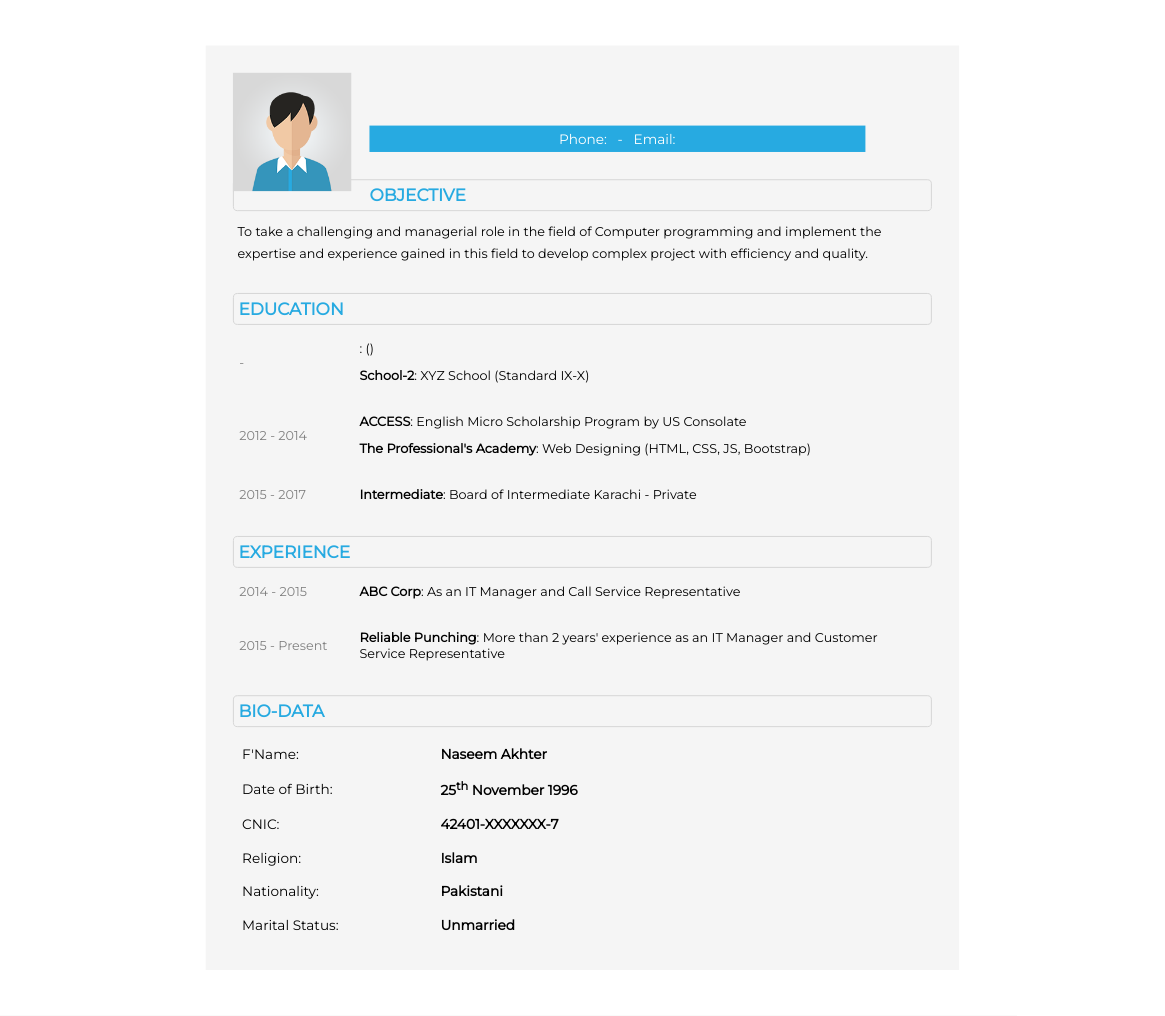
Repository: voductien94798/cv_project
Page: views/index.ejs
These files come from the project's save history. The page is drawn as it stood at one moment and after the next save; the edit follows.
The browser window is 1280 px wide. The pictures show the whole page, at 91% of full size.
The page is served by the project's Node server (app.js). The template is opened directly, without the code that normally fills it, so the values that code supplies are empty.

Above is the page before, as saved 2023-03-10 17:16:25.

After the next save:
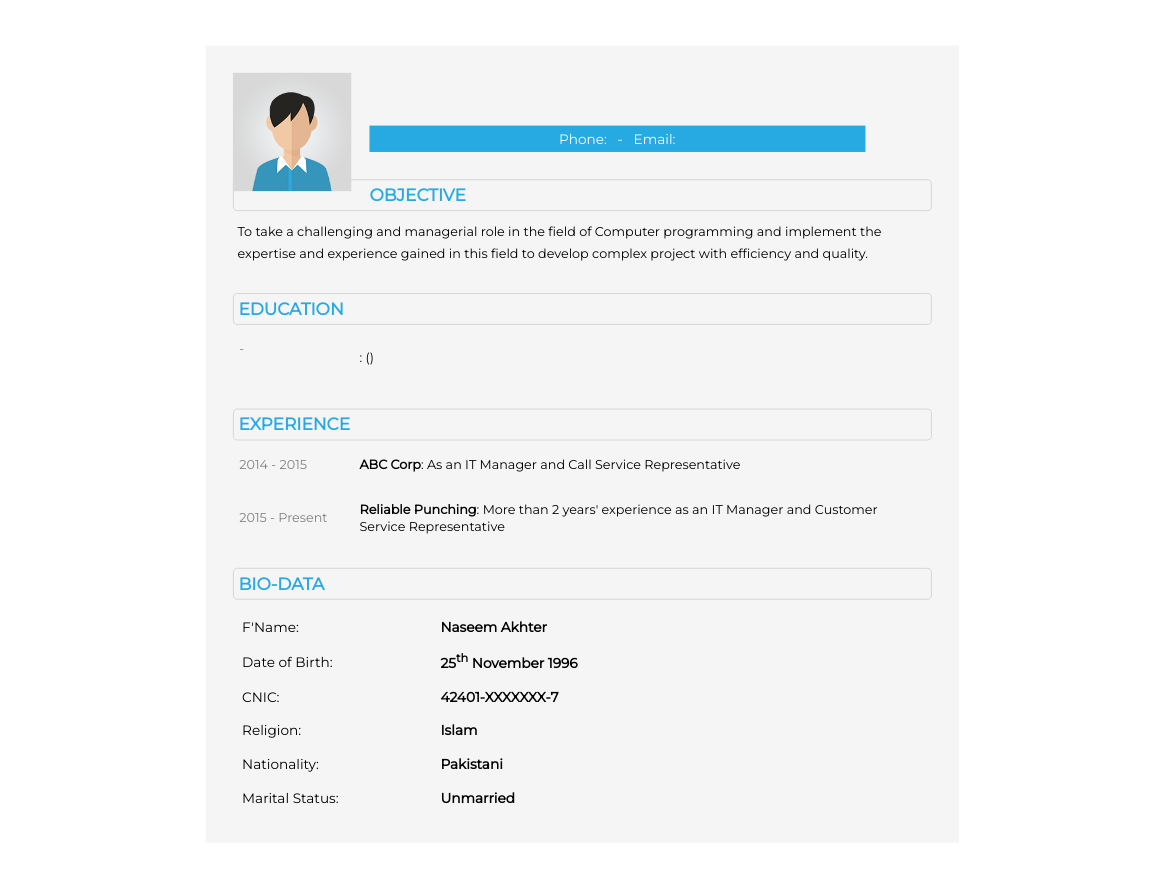
Saved 2 min 0 s later.
--- a/views/index.ejs
+++ b/views/index.ejs
@@ -36,29 +36,6 @@
           <tr class="school-1">
             <td rowspan="2"><%= edu.start %> - <%=edu.end %></td>
             <td><b><%= edu.school %></b>: <%edu.school %> (<%= edu.des %>)</td>
-          </tr>
-          <tr class="school-2">
-            <td><b>School-2</b>: XYZ School (Standard IX-X)</td>
-          </tr>
-
-          <tr class="school-1">
-            <td rowspan="2">2012 - 2014</td>
-            <td>
-              <b>ACCESS</b>: English Micro Scholarship Program by US Consolate
-            </td>
-          </tr>
-          <tr class="school-2">
-            <td>
-              <b>The Professional's Academy</b>: Web Designing (HTML, CSS, JS,
-              Bootstrap)
-            </td>
-          </tr>
-
-          <tr>
-            <td style="width: 120px; color: gray">2015 - 2017</td>
-            <td>
-              <b>Intermediate</b>: Board of Intermediate Karachi - Private
-            </td>
           </tr>
         </table>
       </div>
